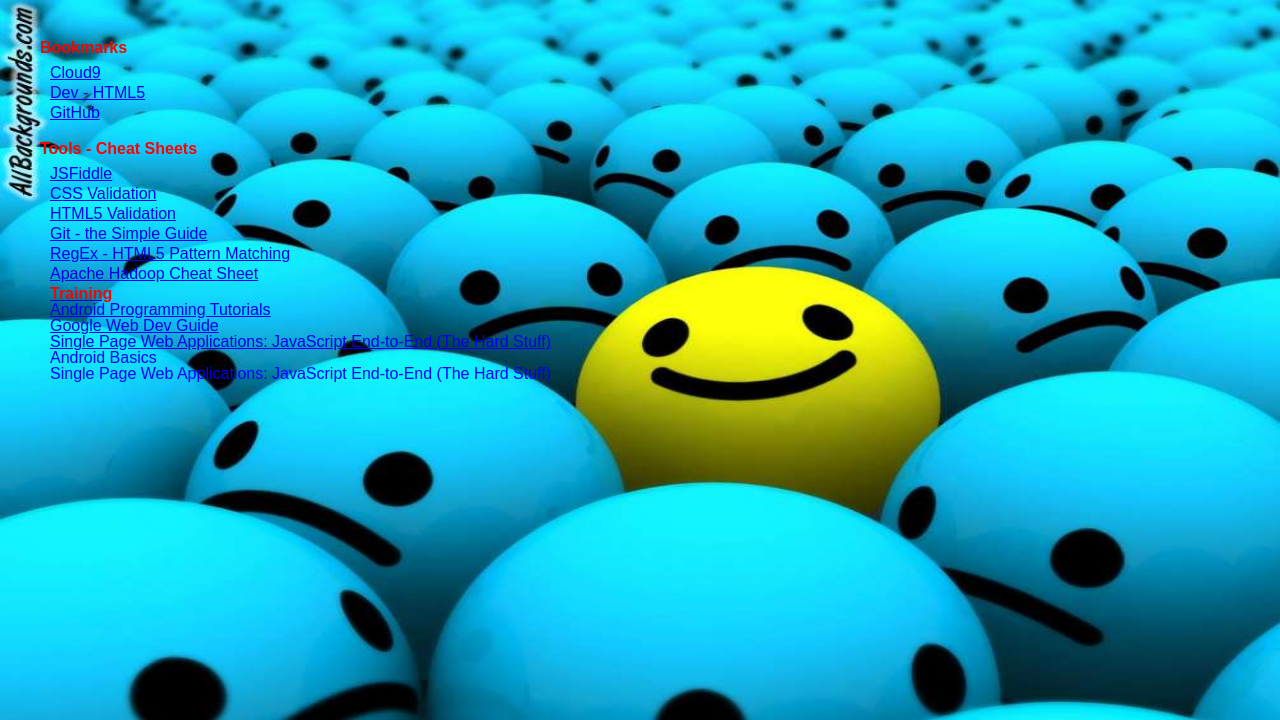
Repository: jksfoTemp/HTML5
Page: resources.html
The author's editor kept a record of every edit. The page is drawn from the files as they stood at one moment, then again after the next edit.
The browser window is 1280 px wide. The pictures show the whole page.

Above is the page before.

### resources.html
<!DOCTYPE html>

<html lang="en">
    <head>
        <meta charset="utf-8" />
        <title>jksfo Resource List</title>
        <link rel="stylesheet" href="css/resources.css" type="text/css"/>
        <link rel="stylesheet" href="css/reset.css" type="text/css"/>
    </head>

    <body>
        <div id="mainWrapper">
            <div id="content" class="content">
                <section id="bookmarks" class="section" >
                    <header>
                        <h1>Bookmarks</h1>
                        <p class="tagline"></p>
                    </header>
                    <nav class="nav">
                        <ul>
                            <li class="li"><a href="https://ide.c9.io/jksfotemp/html5">
                            Cloud9</a></li>
                            <li class="li"><a href="https://html5-c9-jksfotemp.c9.io/default.14.html">
                            Dev - HTML5</a></li>
                            <li class="li"><a href="https://github.com/jksfoTemp">
                            GitHub</a></li>
                        </ul>
                    </nav>
                </section>

                <section id="tools" class="section" >
                    <header>
                        <h1>Tools - Cheat Sheets</h1>
                        <p class="tagline"></p>
                    </header>
                    <nav class="nav">
                        <ul>
                            <li class="li"><a href="http://jsfiddle.net/">
                            JSFiddle</a></li>
                            <li class="li"><a href="http://jigsaw.w3.org/css-validator/">
                            CSS Validation</a></li>
                            <li class="li"><a href="http://validator.w3.org/">
                            HTML5 Validation</a></li>
                            <li class="li"><a href="http://rogerdudler.github.io/git-guide/">
                            Git - the Simple Guide</a></li>
                            <li class="li"><a href="http://html5pattern.com/">
                            RegEx - HTML5 Pattern Matching</a></li>
                            <li class="li"><a href="./training/ApacheHadoopCheatSheet.pdf">
                            Apache Hadoop Cheat Sheet</a></li>
                            <li class="li"><a href="./training/test.txt">
        <header>
            <h1>Training</h1>
            <p class="tagline"></p>
        </header>

        <section>
            <nav>
                <li><a href="http://www.coreservlets.com/android-tutorial/">
                Android Programming Tutorials</a></li>
                <li><a href="http://developer.android.com/training/basics/firstapp/index.html">
                <li><a href="https://developers.google.com/web/fundamentals/getting-started/">
                Google Web Dev Guide</a></li>
                <li><a href="https://www.youtube.com/watch?v=OrIFaWJ9Glo">
                Single Page Web Applications: JavaScript End-to-End (The Hard Stuff)</a></li>
                Android Basics</a></li>
                Single Page Web Applications: JavaScript End-to-End (The Hard Stuff)</a></li>



                    </nav>
                </section>

            </div id="mainWrapper">
        </div id="content" class="content">
    </body>
</html>

### css/resources.css
/*
    Note CSS reset file
*/

html, body {
    margin: 0;
    padding: 0;
    height: 100%;
    font-family: Arial;
    color: blue;
    /* body style="background-image:url(BrokenWindows.png)" */
}

hr {
    height: 1px;
}

h1 {
    color: red;
}

#background {
    background : #000000 url("http://pascocountyflattorney.com/wp-content/uploads/2012/07/tokyo-blue-background-4547.jpg") no-repeat bottom left;
    background-size: 100% 100%;
    min-height:100%;
}

#mainWrapper {
    top: 0px;
    left: 0px;
    position: relative;
    height: 100%;
    width: 100%;
    display: inline-block;

    /* background: #FFFFFF  url('BrokenWindows.png') no-repeat bottom left; */
    background: #FFFFFF  url("./images/smiley-face.jpg") no-repeat top center;

    background-size: 100% 100%;
    width: 100%;
    height: 100%;
    height: auto !important;
    min-height:100%;
}

#content{

    margin: 20px;
    padding: 20px;
    /*
    background: url('BrokenWindows.png');
    background-repeat: no-repeat;
    background-position: center;
    */
    /* border: 2px solid blue; color: blue; */


    /* background: url("./images/BrokenWindows.png");
    / *no-repeat center center fixed;
    / *
    -webkit-background-size: cover;
    -moz-background-size: cover;
    -o-background-size: cover;
    */
    /* background-size: cover; */
}

.section {
    padding-bottom: 20px;
}

.nav {
    padding-top: 5px;
    padding-left: 10px;
}

.li {
    padding-top: 4px;
}

Loaded but not shown: css/reset.css (common file)

After the next edit:
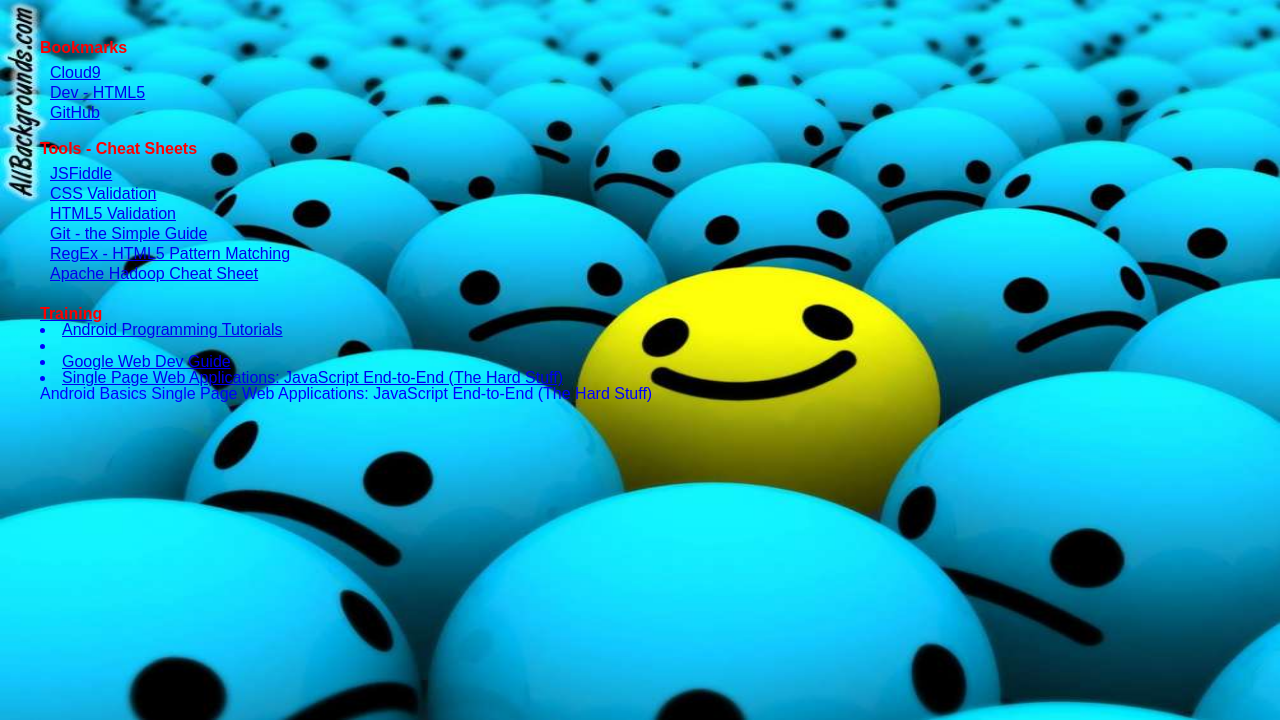
The edit:
--- a/resources.html
+++ b/resources.html
@@ -48,6 +48,11 @@
                             <li class="li"><a href="./training/ApacheHadoopCheatSheet.pdf">
                             Apache Hadoop Cheat Sheet</a></li>
                             <li class="li"><a href="./training/test.txt">
+                        </ul>
+                    </nav>
+                </section>
+
+                <section>
         <header>
             <h1>Training</h1>
             <p class="tagline"></p>
